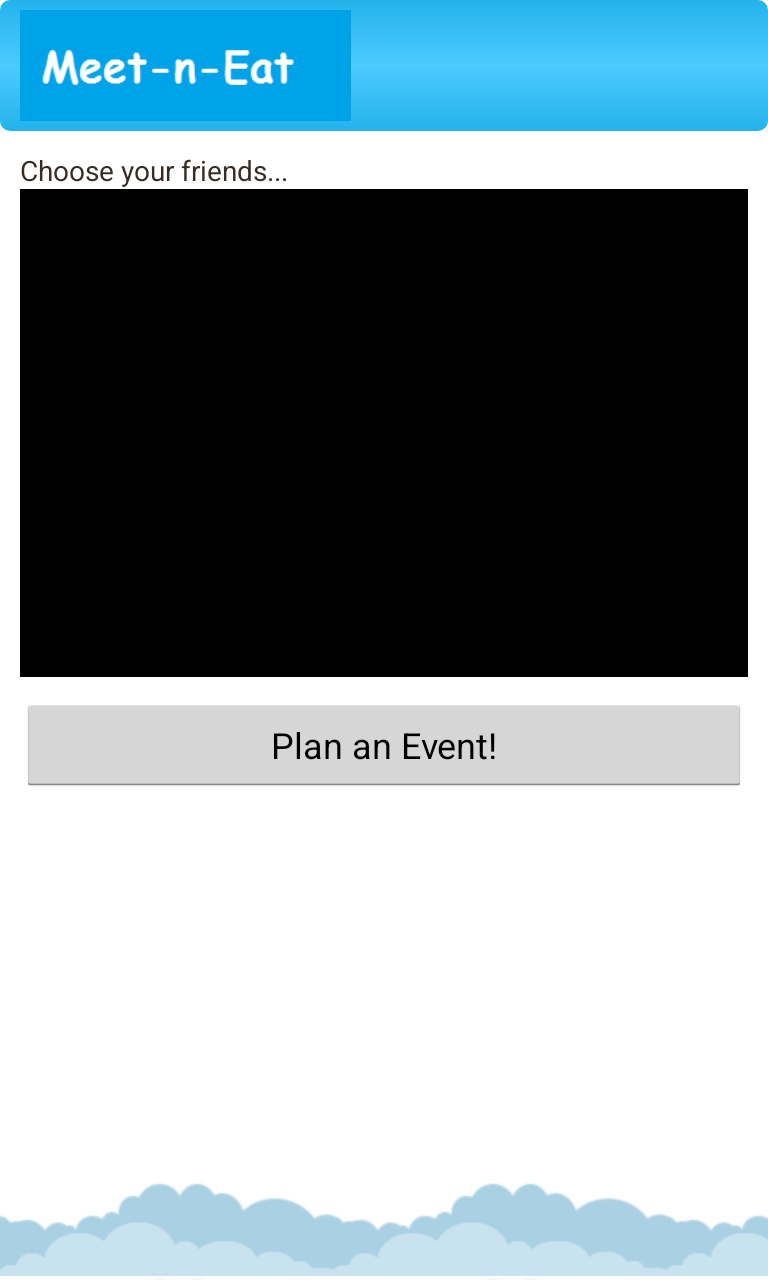
Repository: shubra-shetty/MasterProject
Layout: finalprojecttry1/finalproject_try1/res/layout/home.xml
An editor plug-in stored every save of this project. The layout is shown before and after the next save, followed by the edit.
It is drawn on a 768 x 1280 px phone screen (xhdpi) without system bars, with theme AppTheme; the app's code is not run. Lists and similar views that code fills are empty.

Above is the layout before, as saved 2014-11-20 06:04:48.

After the next save:
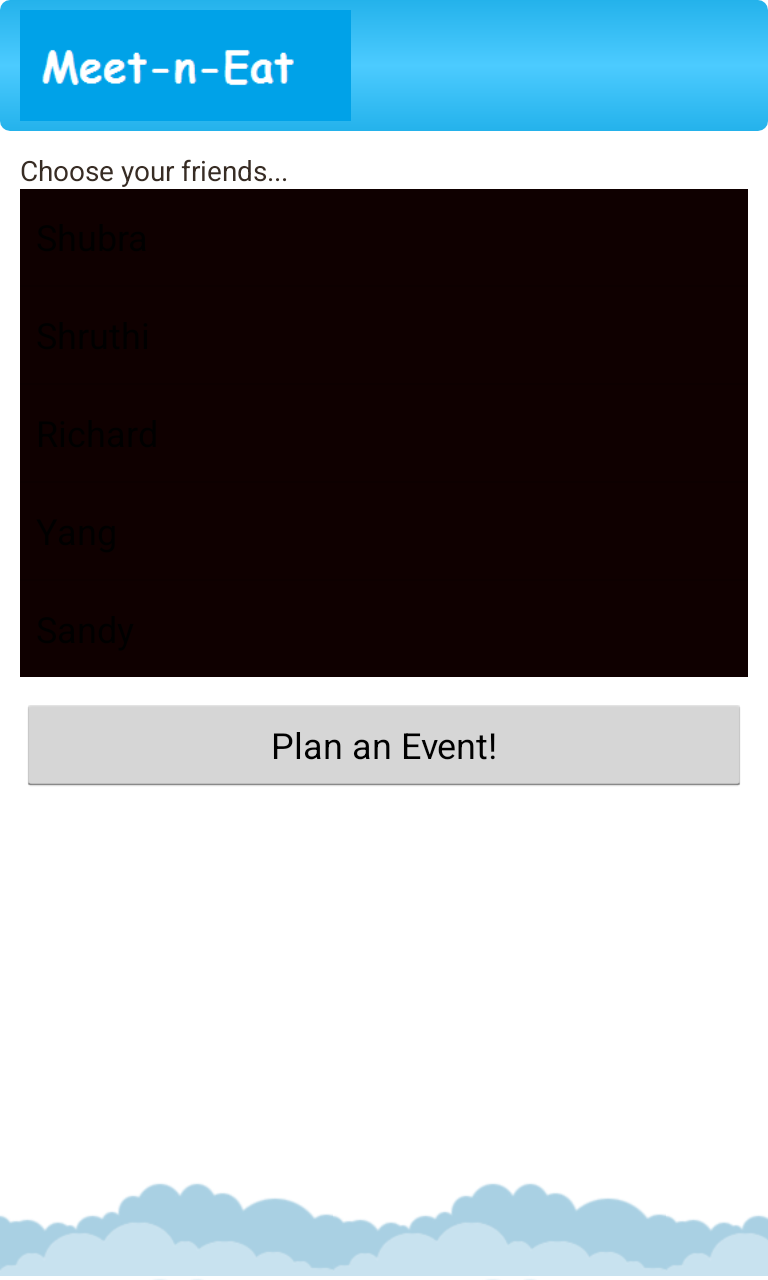
Saved 17 s later.
--- a/finalprojecttry1/finalproject_try1/res/layout/home.xml
+++ b/finalprojecttry1/finalproject_try1/res/layout/home.xml
@@ -58,7 +58,7 @@
         android:layout_height="match_parent"
         android:entries="@array/friends"
         android:drawSelectorOnTop="false"
-        android:background="#ff000000"/>
+        android:background="#ff0f0000"/>
 
 		  <!-- Plan an Event button -->
 		  <Button android:id="@+id/btnPlan"
